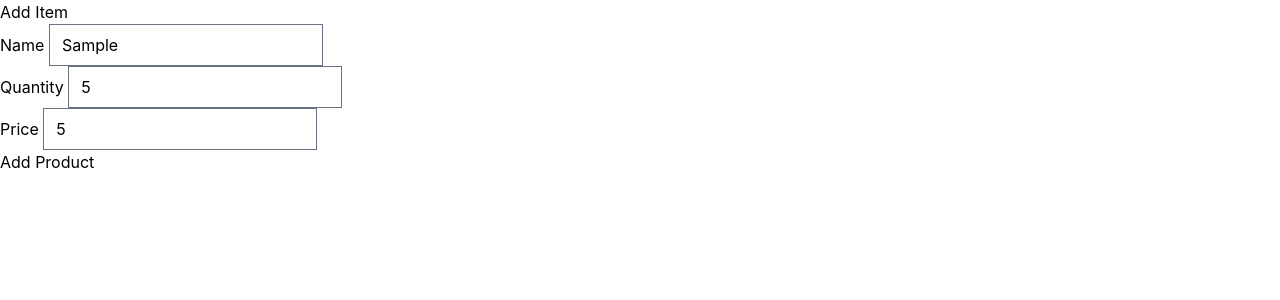
Repository: kimjayluta/first-node
Page: index.html
The author's editor kept a copy of each file at every save. The page is drawn from the files as they stood at one save, then again after the next save.
The browser window is 1280 px wide. The pictures show the whole page.
Empty fields were first filled with sample values (such as "Sample", 5 or name@example.com).
After loading, the first visible `#addItemForm` was submitted once.
The page's requests for data from a server got no answer. Some web libraries are served in a nearby version.

Above is the page before, as saved 2024-05-16 22:06:33.

### index.html
<!DOCTYPE html>
<html lang="en">
<head>
    <meta charset="UTF-8">
    <meta name="viewport" content="width=device-width, initial-scale=1.0">
    <title>Node.js Express MongoDB Flowbite Example</title>
    <link href="https://cdn.jsdelivr.net/npm/flowbite@1.0.3/dist/flowbite.min.css" rel="stylesheet">
</head>
<body>
    <div class="container">
        <h1>Add Item</h1>
        <form id="addItemForm">
            <div class="field">
                <label class="label">Name</label>
                <input class="input" type="text" id="name" name="name" required>
            </div>
            <div class="field">
                <label class="label">Quantity</label>
                <input class="input" type="number" id="quantity" name="quantity" required>
            </div>
            <div class="field">
                <label class="label">Price</label>
                <input class="input" type="number" id="price" name="price" required>
            </div>
            <button class="button is-primary">Add Product</button>
        </form>
    </div>

    <script>
        document.getElementById('addItemForm').addEventListener('submit', async (e) => {
            e.preventDefault();

            const name = document.getElementById('name').value;
            const quantity = document.getElementById('quantity').value;
            const price = document.getElementById('price').value;

            try {
                const response = await fetch('/api/products', {
                    method: 'POST',
                    headers: {
                        'Content-Type': 'application/json'
                    },
                    body: JSON.stringify({ name, quantity, price })
                });

                if (response.ok) {
                    alert('Item added successfully');
                    document.getElementById('addItemForm').reset();
                } else {
                    const errorMessage = await response.text();
                    throw new Error(errorMessage);
                }
            } catch (error) {
                console.error('Error:', error);
                alert('An error occurred while adding the item');
            }
        });
    </script>
</body>
</html>

After the next save:
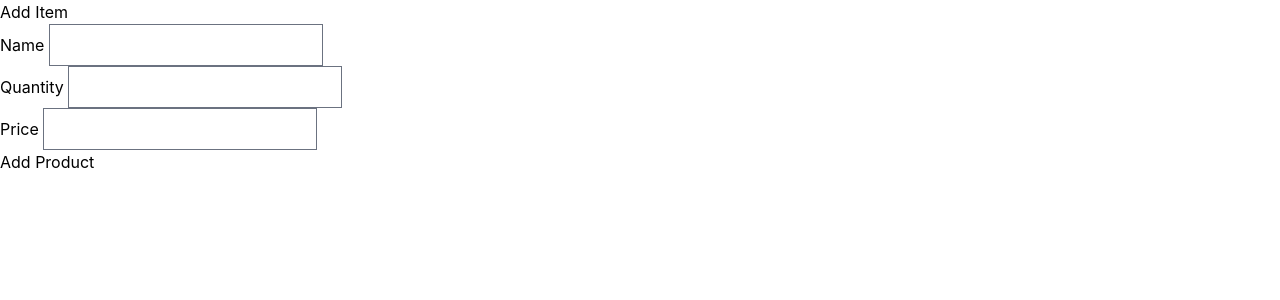
Saved 37 s later.
--- a/index.html
+++ b/index.html
@@ -35,7 +35,7 @@
             const price = document.getElementById('price').value;
 
             try {
-                const response = await fetch('/api/products', {
+                const response = await fetch('/', {
                     method: 'POST',
                     headers: {
                         'Content-Type': 'application/json'

After the save that followed:
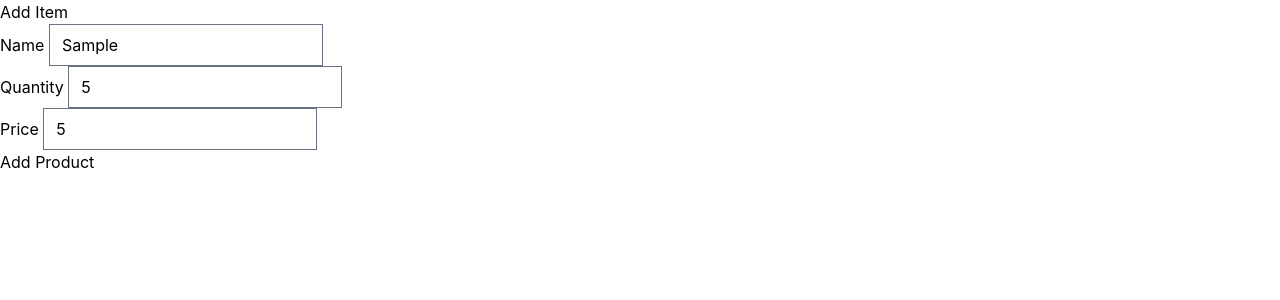
Console error: ReferenceError: qunatity is not defined
Saved 2 min 7 s later.
--- a/index.html
+++ b/index.html
@@ -34,6 +34,7 @@
             const quantity = document.getElementById('quantity').value;
             const price = document.getElementById('price').value;
 
+            console.log(name, qunatity, price)
             try {
                 const response = await fetch('/', {
                     method: 'POST',
